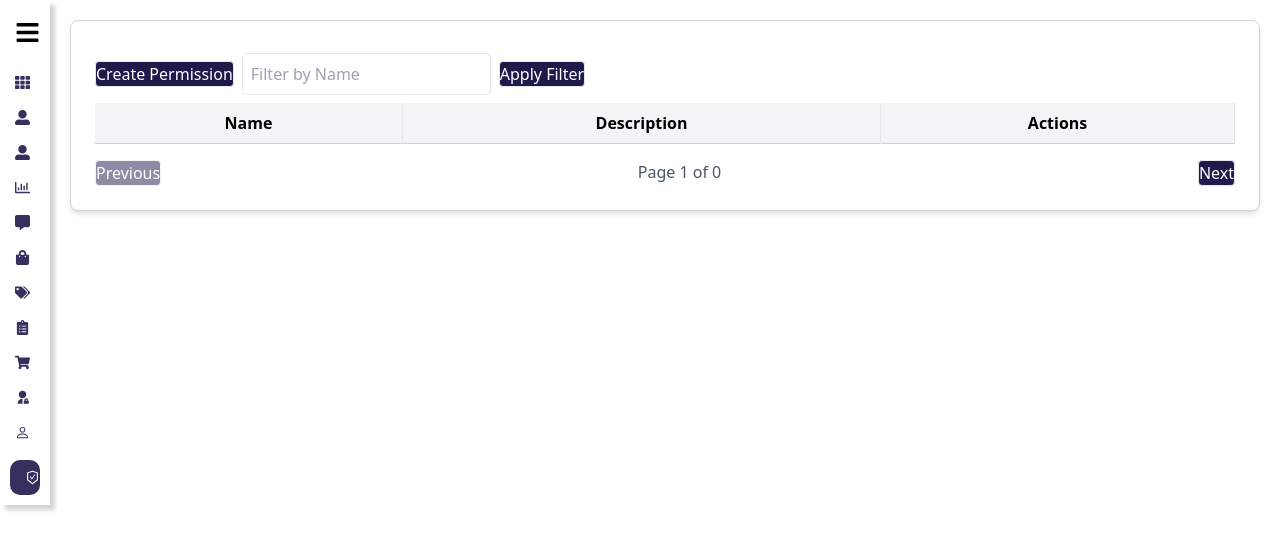
Repository: Andarg01/Admin
Page: /permission
The author's editor kept a copy of each file at every save. The page is drawn from the files as they stood at one save, then again after the next save.
The browser window is 1280 px wide. The pictures show the whole page.
The page's requests for data from a server got no answer. The project was rebuilt for these pictures with package versions that can differ from the ones it lists, and the page was loaded fresh each time. No one was signed in, and anything a server would have sent is missing. Also part of the build but not shown: src/styles/analytics.css, src/pages/Analytics.tsx, src/pages/Dashboard.tsx, src/styles/productList.css, src/components/OrderModal.tsx, src/components/OrderTable.tsx, src/pages/Orders.tsx, src/components/CategoryModal.tsx and 16 more.

Above is the page before, as saved 2024-02-29 04:58:09.

### src/index.tsx



import * as React from "react"
import * as ReactDOM from "react-dom/client"
import App from "./App"
import './index.css'

import { Provider } from 'react-redux';
import store from './redux/store';
const container = document.getElementById("root")
if (!container) throw new Error('Failed to find the root element');
const root = ReactDOM.createRoot(container)

root.render(

  <React.StrictMode>
    <Provider store={store}>
         <App />
         </Provider>
  </React.StrictMode>,

)

### src/redux/store.ts
// redux/store.ts

import { configureStore, combineReducers } from '@reduxjs/toolkit';
import permissionsReducer from './reducers/permissionsReducers';
import rolesReducer from './reducers/rolesReducers';
import shopReducer from './reducers/shopReducer';

const rootReducer = combineReducers({
  permissions: permissionsReducer,
  roles: rolesReducer,
  shope:shopReducer,
});

const store = configureStore({
  reducer: rootReducer,
});

export type RootState = ReturnType<typeof rootReducer>;

export default store;

### src/App.css
* {
    margin: 0;
    padding: 0;
    text-decoration: none;
    /* background: #fff; */
    /* color: #fff; */
    /* background: #0e1630 */
    /* background-color: #0e1630; */
}

.container {
    display: flex;
}

main {
    width: 100%;
    padding: 20px;
}

.sidebar {
    background: #fff;
    /* background: #0e1630; */
    box-shadow: 5px 5px 4px rgb(212, 212, 212);
    color: #000;
    height: auto;
    width: 200px;
    transition: all 0.5s;
}

.top_section {
    display: flex;
    align-items: center;
    padding: 20px 15px;
}

.logo {
    font-size: 30px;
}

.bars {
    display: flex;
    font-size: 25px;
    margin-left: 50px;
}

.link {
    display: flex;
    color: #37305F;
    padding: 10px 15px;
    gap: 15px;
    transition: all 0.5s;
}

.link:hover {
    background: #37305F;
    color: #fff;
    transition: all 0.5s;
    margin: 10px;
    border-radius: 10px;
}

.active {
    background: #37305F;
    color: #fff;
    margin: 10px;
    border-radius: 10px;
}

.icon,
.link_text {
    font-size: 15px;
}

### src/components/PermissionTable.tsx


import React, { useState, useEffect } from 'react';
import { useDispatch, useSelector } from 'react-redux';
import { RootState } from '../redux/store';
import {
  fetchPermissions,
  createPermission,
  updatePermission,
  deletePermission,
} from '../redux/actions/permissionsActions';
import PermissionModal from './PermissionModal';

interface Permission {
  id: string;
  name: string;
  description: string;
}

interface PermissionsState {
  permissions: Permission[];
}

const PAGE_SIZE = 5; // You can adjust the number of items per page as needed

const PermissionTable: React.FC = () => {
  const dispatch = useDispatch();
  const permissions = useSelector((state: RootState) => state.permissions.permissions);

  const [showModal, setShowModal] = useState(false);
  const [selectedPermission, setSelectedPermission] = useState(null);
  const [nameFilter, setNameFilter] = useState<string>('');
  const [currentPage, setCurrentPage] = useState<number>(1);

  useEffect(() => {
    dispatch(fetchPermissions());
  }, [dispatch]);

  const handleCreate = () => {
    setSelectedPermission(null);
    setShowModal(true);
  };

  const handleEdit = (permission: any) => {
    setSelectedPermission(permission);
    setShowModal(true);
  };

  const handleDelete = (permissionId: string) => {
    if (window.confirm('Are you sure you want to delete this permission?')) {
      dispatch(deletePermission(permissionId));
    }
  };

  const handleNameFilterChange = (event: React.ChangeEvent<HTMLInputElement>) => {
    setNameFilter(event.target.value);
    setCurrentPage(1); // Reset to the first page when the filter changes
  };

  const handleApplyFilter = () => {
    const filteredData = permissions.filter(permission =>
      permission.name.toLowerCase().includes(nameFilter.toLowerCase())
    );
    return filteredData;
  };

  const filteredPermissions = handleApplyFilter();

  const totalPages = Math.ceil(filteredPermissions.length / PAGE_SIZE);
  const startIndex = (currentPage - 1) * PAGE_SIZE;
  const endIndex = startIndex + PAGE_SIZE;
  const currentPermissions = filteredPermissions.slice(startIndex, endIndex);

  const handleNextPage = () => {
    if (currentPage < totalPages) {
      setCurrentPage(currentPage + 1);
    }
  };

  const handlePrevPage = () => {
    if (currentPage > 1) {
      setCurrentPage(currentPage - 1);
    }
  };

  return (
    <div className="overflow-x-auto bg-white border border-gray-300 p-6 rounded-lg shadow-md transition duration-500 ease-in-out">
      <div>
        <button
          className='border rounded bg-indigo-950 hover:m-2 text-white'
          onClick={handleCreate}
        >
          Create Permission
        </button>
        <input
          type="text"
          placeholder="Filter by Name"
          value={nameFilter}
          onChange={handleNameFilterChange}
          className="border rounded p-2 m-2"
        />
        <button
          className='border rounded bg-indigo-950 hover:m-2 text-white'
          onClick={handleApplyFilter}
        >
          Apply Filter
        </button>
      </div>

      <table className="min-w-full border-b border-gray-300">
        <thead className="bg-gray-100">
          <tr>
            <th className="py-2 px-4 border-r cursor-pointer">Name</th>
            <th className="py-2 px-4 border-r cursor-pointer">Description</th>
            <th className="py-2 px-4 border-r cursor-pointer">Actions</th>
          </tr>
        </thead>
        <tbody>
          {currentPermissions.map((permission) => (
            <tr key={permission.id} className="border-b">
              <td className="py-2 px-4 border-r">{permission.name}</td>
              <td className="py-2 px-4 border-r">{permission.description}</td>
              <td className="py-2 px-4">
                <button
                  onClick={() => handleEdit(permission)}
                  className="edit hover:underline mr-2 hover:text-gray-700"
                >
                  Edit
                </button>
                <button
                  onClick={() => handleDelete(permission.id)}
                  className="delete hover:underline hover:text-red-700"
                >
                  Delete
                </button>
              </td>
            </tr>
          ))}
        </tbody>
      </table>

      <div className="flex justify-between mt-4">
        <button
          className={`border rounded bg-indigo-950 hover:m-2 text-white ${currentPage === 1 && 'opacity-50 cursor-not-allowed'}`}
          onClick={handlePrevPage}
          disabled={currentPage === 1}
        >
          Previous
        </button>
        <span className="text-gray-600">{`Page ${currentPage} of ${totalPages}`}</span>
        <button
          className={`border rounded bg-indigo-950 hover:m-2 text-white ${currentPage === totalPages && 'opacity-50 cursor-not-allowed'}`}
          onClick={handleNextPage}
          disabled={currentPage === totalPages}
        >
          Next
        </button>
      </div>

      {showModal && <PermissionModal onClose={() => setShowModal(false)} permission={selectedPermission} />}
    </div>
  );
};

export default PermissionTable;















// // PermissionTable.tsx

// import React, { useState, useEffect } from 'react';
// import { useDispatch, useSelector } from 'react-redux';
// import { RootState } from '../redux/store';
// import {
//   fetchPermissions,
//   createPermission,
//   updatePermission,
//   deletePermission,
// } from '../redux/actions/permissionsActions';
// import PermissionModal from './PermissionModal';
// interface Permission {
//   id: string;
//   name: string;
//   description: string;
// }

// interface PermissionsState {
//   permissions: Permission[];
// }


// const PermissionTable: React.FC = () => {
//   const dispatch = useDispatch();
//   const permissions = useSelector((state: RootState) => state.permissions.permissions);

//   const [showModal, setShowModal] = useState(false);
//   const [selectedPermission, setSelectedPermission] = useState(null);

//   useEffect(() => {
//     dispatch(fetchPermissions());
//   }, [dispatch]);

//   const handleCreate = () => {
//     setSelectedPermission(null);
//     setShowModal(true);
//   };

//   const handleEdit = (permission: any) => {
//     setSelectedPermission(permission);
//     setShowModal(true);
//   };

//   const handleDelete = (permissionId: string) => {
//     if (window.confirm('Are you sure you want to delete this permission?')) {
//       dispatch(deletePermission(permissionId));
//     }
//   };

//   return (
//     <div className="overflow-x-auto bg-white border border-gray-300 p-6 rounded-lg shadow-md transition duration-500 ease-in-out">
//       <button
//       className='border rounded bg-indigo-950 hover:m-2 text-white'
//       onClick={handleCreate}>Create Permission</button>


//       <table className="min-w-full border-b border-gray-300">
//         <thead className="bg-gray-100">
//           <tr>
//             <th className="py-2 px-4 border-r cursor-pointer">Name</th>
//             <th className="py-2 px-4 border-r cursor-pointer">Description</th>
//             <th className="py-2 px-4 border-r cursor-pointer">Actions</th>
//           </tr>
//         </thead>
//         <tbody>
//           {permissions.map((permission) => (
//             <tr key={permission.id} className="border-b">
//               <td className="py-2 px-4 border-r">{permission.name}</td>
//               <td className="py-2 px-4 border-r">{permission.description}</td>
//               <td className="py-2 px-4">
//                 <button onClick={() => handleEdit(permission)}
//                 className="edit hover:underline mr-2 hover:text-gray-700"
//                 >Edit</button>
//                 <button onClick={() => handleDelete(permission.id)}
//                  className="delete hover:underline hover:text-red-700"
//                 >Delete</button>
//               </td>
//             </tr>
//           ))}
//         </tbody>
//       </table>
//       {showModal && <PermissionModal onClose={() => setShowModal(false)} permission={selectedPermission} />}
//     </div>
//   );
// };

// export default PermissionTable;




// // // PermissionTable.tsx

// // import React, { useState, useEffect } from 'react';
// // import { useDispatch, useSelector } from 'react-redux';
// // import { RootState } from '../redux/store';
// // import {
// //   fetchPermissions,
// //   createPermission as createPermissionAction,
// //   updatePermission as updatePermissionAction,
// //   deletePermission,
// // } from '../redux/actions/permissionsActions';
// // import PermissionModal from './PermissionModal';

// // interface Permission {
// //   id: string;
// //   name: string;
// //   description: string;
// // }

// // interface PermissionsState {
// //   permissions: Permission[];
// // }

// // const PermissionTable: React.FC = () => {
// //   const dispatch = useDispatch();
// //   const allPermissions = useSelector((state: RootState) => state.permissions.permissions);

// //   const [permissions, setPermissions] = useState(allPermissions);
// //   const [showModal, setShowModal] = useState(false);
// //   const [selectedPermission, setSelectedPermission] = useState(null);
// //   const [currentPage, setCurrentPage] = useState(1);
// //   const [permissionsPerPage] = useState(5); // Number of permissions per page
// //   const [filterName, setFilterName] = useState('');

// //   useEffect(() => {
// //     dispatch(fetchPermissions());
// //   }, [dispatch]);

// //   useEffect(() => {
// //     setPermissions(allPermissions);
// //   }, [allPermissions]);

// //   const indexOfLastPermission = currentPage * permissionsPerPage;
// //   const indexOfFirstPermission = indexOfLastPermission - permissionsPerPage;
// //   const currentPermissions = permissions.slice(indexOfFirstPermission, indexOfLastPermission);

// //   const paginate = (pageNumber: number) => setCurrentPage(pageNumber);

// //   const handleCreate = () => {
// //     setSelectedPermission(null);
// //     setShowModal(true);
// //   };

// //   const handleEdit = (permission: any) => {
// //     setSelectedPermission(permission);
// //     setShowModal(true);
// //   };

// //   const handleDelete = (permissionId: string) => {
// //     if (window.confirm('Are you sure you want to delete this permission?')) {
// //       dispatch(deletePermission(permissionId));
// //     }
// //   };

// //   const handleFilterChange = (e: React.ChangeEvent<HTMLInputElement>) => {
// //     setFilterName(e.target.value);
// //     const filteredPermissions = allPermissions.filter(permission =>
// //       permission.name.toLowerCase().includes(e.target.value.toLowerCase())
// //     );
// //     setPermissions(filteredPermissions);
// //     setCurrentPage(1); // Reset to the first page when filtering
// //   };

// //   const createPermission = (newPermission: Permission) => {
// //     dispatch(createPermissionAction(newPermission));
// //     setShowModal(false);
// //   };

// //   const updatePermission = (updatedPermission: Permission) => {
// //     dispatch(updatePermissionAction(updatedPermission));
// //     setShowModal(false);
// //   };

// //   return (
// //     <div className="overflow-x-auto bg-white border border-gray-300 p-6 rounded-lg shadow-md transition duration-500 ease-in-out">
// //       <button
// //         className='border rounded bg-indigo-950 hover:m-2 text-white'
// //         onClick={handleCreate}
// //       >
// //         Create Permission
// //       </button>

// //       <div className="mt-3 mb-4">
// //         <label htmlFor="filterName" className="block text-sm font-medium text-gray-600">
// //           Filter by Name:
// //         </label>
// //         <input
// //           type="text"
// //           id="filterName"
// //           name="filterName"
// //           value={filterName}
// //           onChange={handleFilterChange}
// //           className="mt-1 p-2 border rounded-md w-64"
// //           placeholder="Enter name"
// //         />
// //       </div>

// //       <table className="min-w-full border-b border-gray-300">
// //         <thead className="bg-gray-100">
// //           <tr>
// //             <th className="py-2 px-4 border-r cursor-pointer">Name</th>
// //             <th className="py-2 px-4 border-r cursor-pointer">Description</th>
// //             <th className="py-2 px-4 border-r cursor-pointer">Actions</th>
// //           </tr>
// //         </thead>
// //         <tbody>
// //           {currentPermissions.map((permission) => (
// //             <tr key={permission.id} className="border-b">
// //               <td className="py-2 px-4 border-r">{permission.name}</td>
// //               <td className="py-2 px-4 border-r">{permission.description}</td>
// //               <td className="py-2 px-4">
// //                 <button
// //                   onClick={() => handleEdit(permission)}
// //                   className="edit hover:underline mr-2 hover:text-gray-700"
// //                 >
// //                   Edit
// //                 </button>
// //                 <button
// //                   onClick={() => handleDelete(permission.id)}
// //                   className="delete hover:underline hover:text-red-700"
// //                 >
// //                   Delete
// //                 </button>
// //               </td>
// //             </tr>
// //           ))}
// //         </tbody>
// //       </table>

// //       <div className="mt-4 flex justify-end">
// //         <nav className="relative z-0 inline-flex shadow-sm -space-x-px" aria-label="Pagination">
// //           {Array.from({ length: Math.ceil(permissions.length / permissionsPerPage) }).map((_, index) => (
// //             <button
// //               key={index}
// //               onClick={() => paginate(index + 1)}
// //               className={`whitespace-nowrap px-4 py-2 border ${
// //                 currentPage === index + 1
// //                   ? 'border-indigo-500 text-indigo-600 focus:outline-none focus:border-indigo-700 focus:z-10'
// //                   : 'border-gray-300 text-gray-500 hover:bg-gray-50 focus:outline-none focus:border-gray-700 focus:z-10'
// //               }`}
// //             >
// //               {index + 1}
// //             </button>
// //           ))}
// //         </nav>
// //       </div>

// //       {showModal && (
// //         <PermissionModal
// //           onClose={() => setShowModal(false)}
// //           permission={selectedPermission}
// //           createPermission={createPermission}
// //           updatePermission={updatePermission}
// //         />
// //       )}
// //     </div>
// //   );
// // };

// // export default PermissionTable;

### src/redux/reducers/permissionsReducers.ts
import { createSlice } from '@reduxjs/toolkit';
import { fetchPermissions, createPermission, updatePermission, deletePermission } from '../actions/permissionsActions'


interface Permission {
  id: string;
  name: string;
  description: string;
}

interface PermissionsState {
  permissions: Permission[];
}

const initialState: PermissionsState = {
  permissions: [],
};

const permissionsSlice = createSlice({
  name: 'permissions',
  initialState,
  reducers: {}, // You can add reducers if needed
  extraReducers: (builder) => {
    builder.addCase(fetchPermissions.fulfilled, (state, action) => {
      state.permissions = action.payload;
    });
    builder.addCase(createPermission.fulfilled, (state, action) => {
      state.permissions.push(action.payload);
    });
    builder.addCase(updatePermission.fulfilled, (state, action) => {
      const updatedPermission = action.payload;
      const index = state.permissions.findIndex((p) => p.id === updatedPermission.id);
      if (index !== -1) {
        state.permissions[index] = updatedPermission;
      }
    });
    builder.addCase(deletePermission.fulfilled, (state, action) => {
      const deletedPermissionId = action.payload;
      state.permissions = state.permissions.filter((p) => p.id !== deletedPermissionId);
    });
  },
});

export default permissionsSlice.reducer;

### src/redux/reducers/rolesReducers.ts
import { createSlice } from '@reduxjs/toolkit';
import { fetchRoles, createRole, updateRole, deleteRole } from "../actions/rolesActions"


export interface Role {
  id: string;
  name: string;
  description: string;
  permissions: string[]; // Assuming permission IDs are stored in an array
  default: boolean;
}

interface RolesState {
  roles: Role[];
}

const initialState: RolesState = {
  roles: [],
};

const rolesSlice = createSlice({
  name: 'roles',
  initialState,
  reducers: {}, // You can add reducers if needed
  extraReducers: (builder) => {
    builder.addCase(fetchRoles.fulfilled, (state, action) => {
      state.roles = action.payload;
    });
    builder.addCase(createRole.fulfilled, (state, action) => {
      state.roles.push(action.payload);
    });
    builder.addCase(updateRole.fulfilled, (state, action) => {
      const updatedRole = action.payload;
      const index = state.roles.findIndex((r) => r.id === updatedRole.id);
      if (index !== -1) {
        state.roles[index] = updatedRole;
      }
    });
    builder.addCase(deleteRole.fulfilled, (state, action) => {
      const deletedRoleId = action.payload;
      state.roles = state.roles.filter((r) => r.id !== deletedRoleId);
    });
  },
});

export default rolesSlice.reducer;

### src/redux/reducers/shopReducer.ts
// src/redux/reducers/shopReducer.ts

import {
    FETCH_SHOPS_REQUEST,
    FETCH_SHOPS_SUCCESS,
    FETCH_SHOPS_FAILURE,
  } from '../actions/shopActions';

  interface Shop {
    id: string;
    name: string;
    description: string;
    shopUrl: string;
    permissionName: string;
    picture: string;
  }

  interface ShopState {
    shops: Shop[];
    loading: boolean;
    error: string;
  }

  const initialState: ShopState = {
    shops: [],
    loading: false,
    error: '',
  };

  const shopReducer = (state = initialState, action: any): ShopState => {
    switch (action.type) {
      case FETCH_SHOPS_REQUEST:
        return {
          ...state,
          loading: true,
        };
      case FETCH_SHOPS_SUCCESS:
        return {
          ...state,
          loading: false,
          shops: action.payload,
          error: '',
        };
      case FETCH_SHOPS_FAILURE:
        return {
          ...state,
          loading: false,
          shops: [],
          error: action.payload,
        };
      default:
        return state;
    }
  };

  export default shopReducer;

### src/redux/actions/permissionsActions.ts
import { createAsyncThunk } from '@reduxjs/toolkit';

// Replace with your actual backend endpoint
const API_ENDPOINT = 'https://sheba-app.onrender.com/api/permissions';

interface Permission {
  id: string;
  name: string;
  description: string;
}

export const fetchPermissions = createAsyncThunk<Permission[]>('permissions/fetchPermissions', async () => {
  const response = await fetch(`${API_ENDPOINT}/all`);
  const data = await response.json();
  return data.permissions;
});

export const createPermission = createAsyncThunk<Permission, { name: string, description: string }>(
  'permissions/createPermission',
  async (payload) => {
    const response = await fetch(`${API_ENDPOINT}/create`, {
      method: 'POST',
      headers: {
        'Content-Type': 'application/json',
      },
      body: JSON.stringify(payload),
    });
    const data = await response.json();
    return data;
  }
);

export const updatePermission = createAsyncThunk<Permission, { id: string, data: { name: string, description: string } }>(
  'permissions/updatePermission',
  async (payload) => {
    const response = await fetch(`${API_ENDPOINT}/${payload.id}/update`, {
      method: 'PUT',
      headers: {
        'Content-Type': 'application/json',
      },
      body: JSON.stringify(payload.data),
    });
    const data = await response.json();
    return data;
  }
);

export const deletePermission = createAsyncThunk('permissions/deletePermission', async (permissionId: string) => {
  const response = await fetch(`${API_ENDPOINT}/${permissionId}/delete`, {
    method: 'DELETE',
  });
  const data = await response.json();
  return data;
});

### src/redux/actions/rolesActions.ts
// roles/actions.ts

import { createAsyncThunk } from '@reduxjs/toolkit';

// Replace with your actual backend endpoint
const API_ENDPOINT = 'https://sheba-app.onrender.com/api/roles';

export const fetchRoles = createAsyncThunk('roles/fetchRoles', async () => {
  const response = await fetch(API_ENDPOINT);
  const data = await response.json();
  return data.roles;
});

export const createRole = createAsyncThunk('roles/createRole', async (payload: any) => {
  const response = await fetch(API_ENDPOINT + '/create', {
    method: 'POST',
    headers: {
      'Content-Type': 'application/json',
    },
    body: JSON.stringify(payload),
  });
  const data = await response.json();
  return data;
});

export const updateRole = createAsyncThunk('roles/updateRole', async (payload: any) => {
  const response = await fetch(`${API_ENDPOINT}/${payload.id}/update`, {
    method: 'PUT',
    headers: {
      'Content-Type': 'application/json',
    },
    body: JSON.stringify(payload.data),
  });
  const data = await response.json();
  return data;
});

export const deleteRole = createAsyncThunk('roles/deleteRole', async (roleId: string) => {
  const response = await fetch(`${API_ENDPOINT}/${roleId}/delete`, {
    method: 'DELETE',
  });
  const data = await response.json();
  return data;
});

### src/redux/actions/shopActions.ts
// src/redux/actions/shopActions.ts

import axios from 'axios';

export const FETCH_SHOPS_REQUEST = 'FETCH_SHOPS_REQUEST';
export const FETCH_SHOPS_SUCCESS = 'FETCH_SHOPS_SUCCESS';
export const FETCH_SHOPS_FAILURE = 'FETCH_SHOPS_FAILURE';

export const fetchShops = () => {
  return async (dispatch: any) => {
    dispatch({ type: FETCH_SHOPS_REQUEST });

    try {
      const response = await axios.get('https://sheba-app.onrender.com/api/shops/user/all');
      dispatch({ type: FETCH_SHOPS_SUCCESS, payload: response.data });
    } catch (error) {
      dispatch({ type: FETCH_SHOPS_FAILURE, payload: error.message });
    }
  };
};

Loaded but not shown: public/index.html (common file); src/index.css (common file); tailwind.config.js (common file); src/components/Sidebar.tsx (131 lines, source omitted); src/App.tsx (98 lines, source omitted)

After the next save:
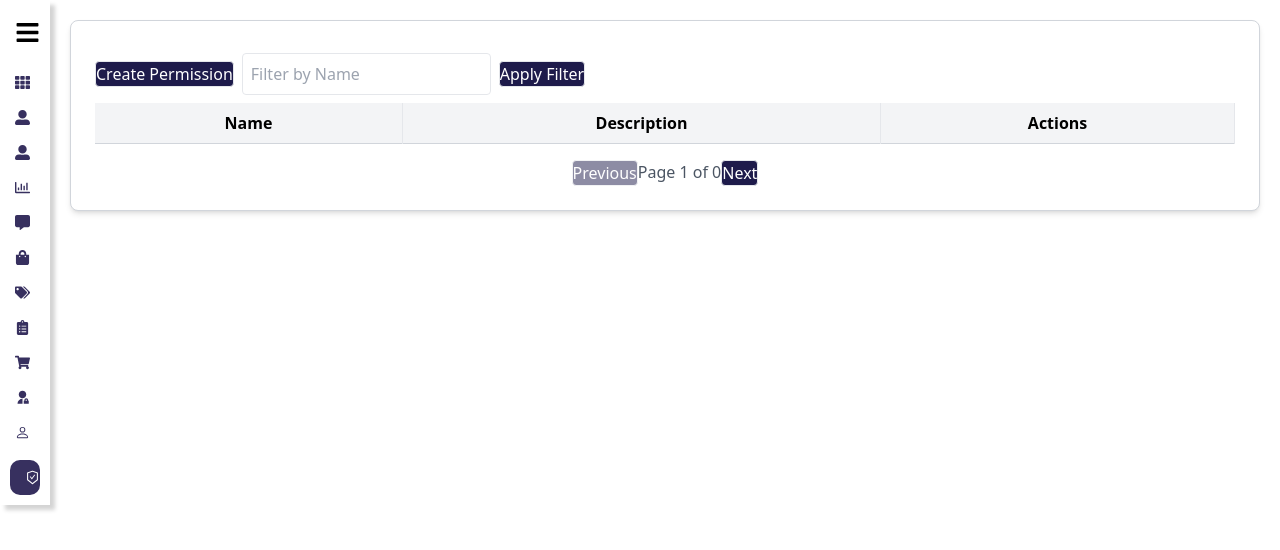
Saved 27 s later.
--- a/src/components/PermissionTable.tsx
+++ b/src/components/PermissionTable.tsx
@@ -139,7 +139,7 @@ const PermissionTable: React.FC = () => {
         </tbody>
       </table>
 
-      <div className="flex justify-between mt-4">
+      <div className="flex justify-center mt-4">
         <button
           className={`border rounded bg-indigo-950 hover:m-2 text-white ${currentPage === 1 && 'opacity-50 cursor-not-allowed'}`}
           onClick={handlePrevPage}
